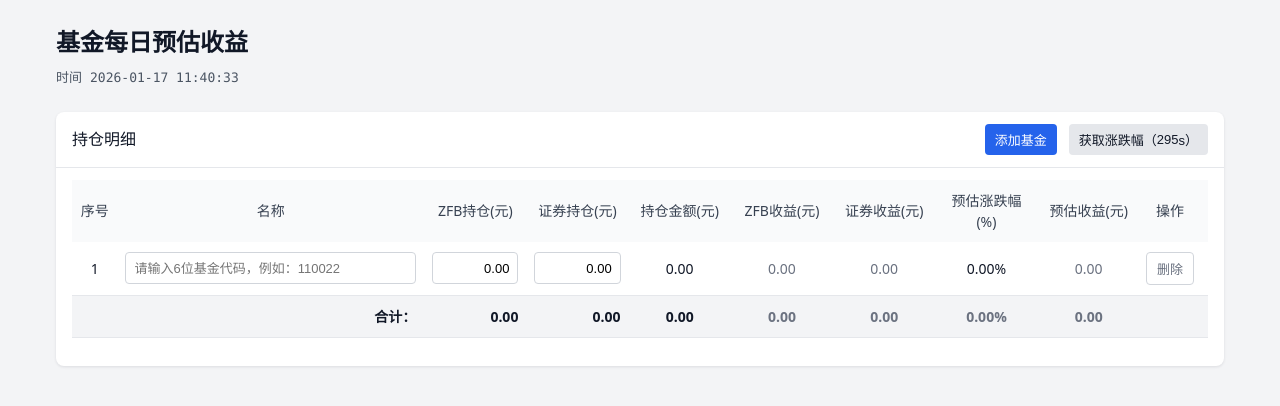
Repository: zt-boom/finance
Page: index.html
These files come from the project's save history. The page is drawn as it stood at one moment and after the next save; the edit follows.
The browser window is 1280 px wide. The pictures show the whole page.

Above is the page before, as saved 2026-01-17 19:36:58.

After the next save:
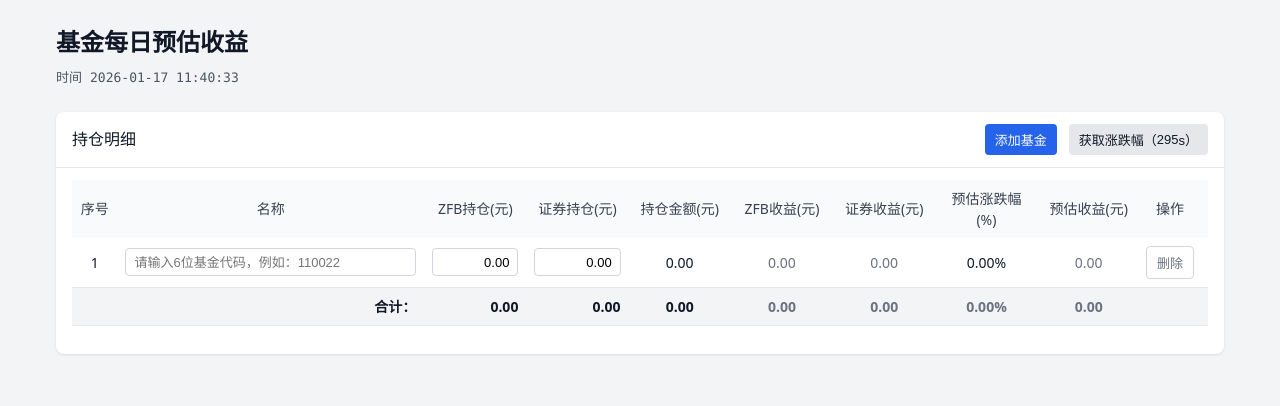
Saved 73 s later.
--- a/style.css
+++ b/style.css
@@ -93,7 +93,7 @@ margin-bottom: 12px;
 
 .fund-table td {
  border-bottom: 1px solid #e5e7eb;
- padding: 10px 8px;
+ padding: 8px 8px;
  text-align: left;
 }
 
@@ -123,7 +123,7 @@ background-color: #f9fafb;
 font-weight: 500;
 color: #374151;
 text-align: center;
- padding: 10px 8px;
+ padding: 8px 8px;
 }
 
 .fund-table tbody tr:nth-child(even) {
@@ -140,8 +140,8 @@ opacity: 0.7;
 
 .fund-table input {
  width: 100%;
- height: 32px;
- padding: 4px 8px;
+ height: 28px;
+ padding: 3px 8px;
  font-size: 13px;
  border-radius: 4px;
  border: 1px solid #d1d5db;
